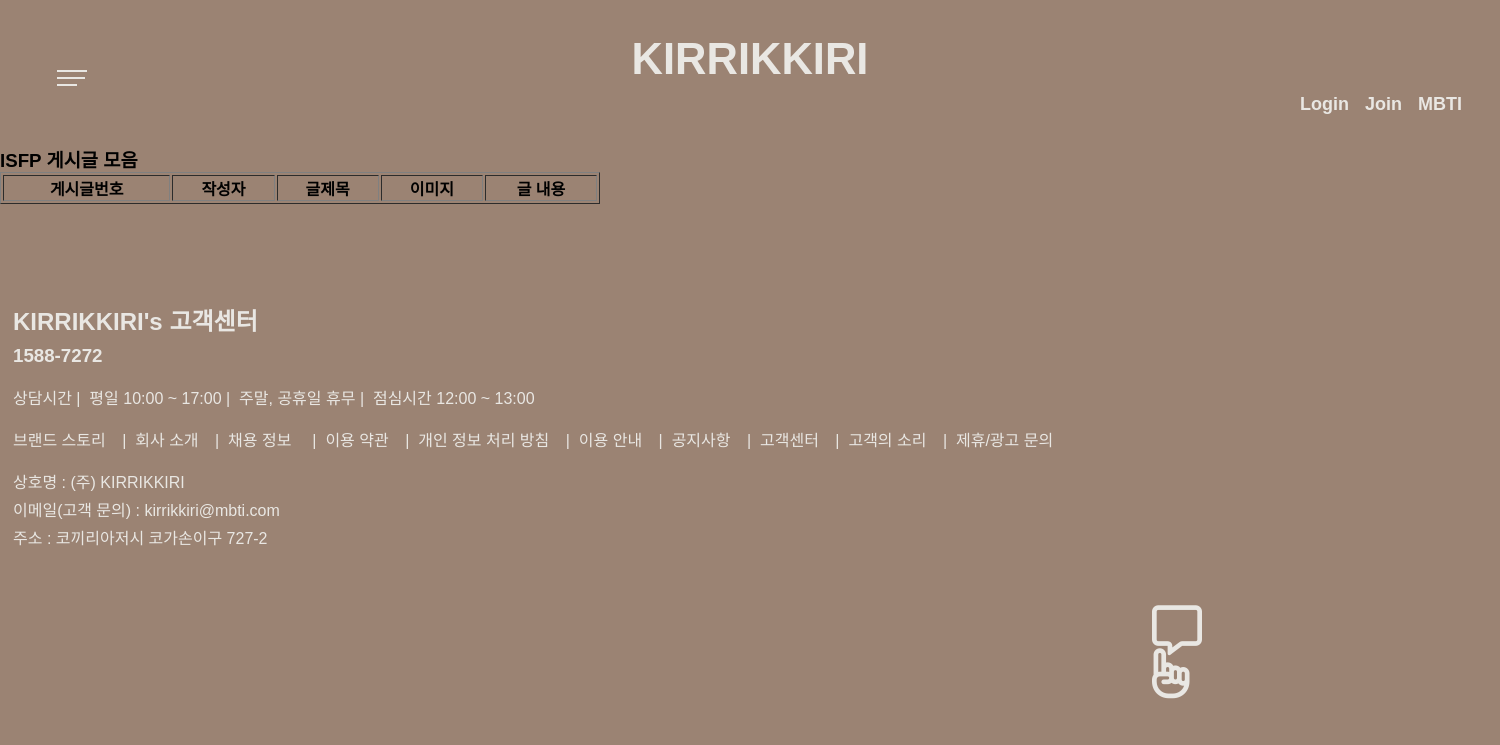
Repository: roditee/backend_mini_project
Page: http://localhost/spring_boot_backend_mini_project/WEB-INF/views/postListView.jsp
An editor plug-in stored every save of this project. The page is shown before and after the next save, followed by the edit.
The browser window is 1280 px wide. The page is 1500 px wide, so the pictures cover 1500 px, including what lies to the right of the window. The pictures show the whole page.
Some web libraries are served in a nearby version. The page is served by Tomcat 9. Nobody is signed in. Other server files are loaded and not shown. The template is opened directly, without the code that normally fills it, so the values that code supplies are empty.

Above is the page before, as saved 2022-01-19 01:15:06.

### spring_boot_backend_mini_project/src/main/webapp/WEB-INF/views/postListView.jsp
<%@ page language="java" contentType="text/html; charset=UTF-8"
    pageEncoding="UTF-8"%>
    <%@ taglib prefix="c" uri="http://java.sun.com/jsp/jstl/core" %>
<!DOCTYPE html>
<html>
	<head>
		<meta charset="UTF-8">
		<title>카테고리별 상품 조회</title>
	</head>
	<body>
		<div id="wrap">

			<!-- TOP  -->
		   <jsp:include page="/WEB-INF/views/layout/top.jsp" flush='true' />

		   <section>
		   		<h3>ISFP 게시글 모음</h3>
		   		<table border="1" width="600">
						<tr><th>게시글번호</th><th>작성자</th><th>글제목</th><th>이미지</th><th>글 내용</th></tr>

					   <c:forEach items="${postList }" var="post">
					   	<tr><td><a href="<c:url value='/product/postListView/${post.postNo}'/>">${post.postNo }</a></td>
					   			<td>${post.memId }</td>
					   			<td>${post.postTitle }</td>
					   			<td><img src="<c:url value='/images/${post.postImg}'/>" width="30" height="20"></td>
					   			<td>${post.postContent }</td>
					   	</tr>
					   </c:forEach>
					</table>
		   </section>

		   	<!-- BOTTOM  -->
		   <jsp:include page="/WEB-INF/views/layout/bottom.jsp" flush='true' />
		</div>
	</body>
</html>

### spring_boot_backend_mini_project/src/main/webapp/WEB-INF/views/layout/top.jsp
<%@ page language="java" contentType="text/html; charset=UTF-8"
    pageEncoding="UTF-8"%>
<%@ taglib prefix="c" uri="http://java.sun.com/jsp/jstl/core"%>
<!DOCTYPE html>
<html>
	<head>
	    <meta charset="UTF-8">
	    <meta http-equiv="X-UA-Compatible" content="IE=edge">
	    <meta name="viewport" content="width=device-width, initial-scale=1.0">
	    <title>KIRRIKKIRI : MBTI 기반 정보 공유</title>
	    <link href="<c:url value='/css/common.css'/>" rel="stylesheet" type="text/css">
	    <link href="<c:url value='/css/menu.css'/>" rel="stylesheet" type="text/css">
	    <link href="<c:url value='/css/mainBanner.css'/>" rel="stylesheet" type="text/css">
	    <link href="<c:url value='/css/section.css'/>" rel="stylesheet" type="text/css">
	    <link href="<c:url value='/css/productDetailView.css'/>" rel="stylesheet" type="text/css">
			<script src="<c:url value='/js/jquery-3.6.0.min.js'/>"></script>
			<script src="<c:url value='/js/main.js'/>"></script>
			<script src="<c:url value='/js/menu.js'/>"></script>
			<script src="<c:url value='/js/chatbot.js'/>"></script>
			<script src="<c:url value='/js/mainBanner.js'/>"></script>
			<script src="<c:url value='/js/zoomImage.js'/>"></script>
	    <script src="<c:url value='/js/mainImg.js'/>"></script>
	    <script src="<c:url value='/js/modal.js'/>"></script>
	    <script src="<c:url value='/js/moveScreen.js'/>"></script>
	    <script src="<c:url value='/js/selectBox.js'/>"></script>
	    <script src="<c:url value='/js/cart.js'/>"></script>
	    <script src="https://kit.fontawesome.com/2d323a629b.js" crossorigin="anonymous"></script>
    </head>
	<body>
		<header>
			<div id="header">
				<div id="mainLogo"><a href="<c:url value='/'/>"><h2>KIRRIKKIRI</h2></a></div>
            	<div id="userManageBtn">
            		<!-- 메뉴 : 로그인 하지 않은 경우  -->
								<c:if test="${empty sessionScope.sid }">
									<a href="<c:url value='/mbtiInfo'/>">MBTI</a>
                  <a href="<c:url value='/join'/>">Join</a>
                  <a href="<c:url value='/login'/>">Login</a>
								</c:if>

								<!-- 메뉴 : 로그인 한 경우  -->
								<c:if test="${not empty sessionScope.sid}">
									<a href="<c:url value='/logout'/>">로그아웃</a>
									<a href="<c:url value='/cart'/>">장바구니</a>
									<a href="<c:url value='/mbtiInfo'/>">MBTI</a>
									<a href="<c:url value='/myFeed'/>">${sessionScope.sid}'s Feed</a>
								</c:if>

                </div>
            </div>
		</header>

        <nav>
            <div class="menu-btn">
                <div class="line line--1"></div>
                <div class="line line--2"></div>
                <div class="line line--3"></div>
            </div>

            <div class="nav-links">
                <ul id="menuGroup">
                    <li class="menu link"><a href="#">NOTICE</a>
                        <ul class="hide">
                            <li class="subMenu"><a href="<c:url value='/'/>">HOME</a></li>
                            <li class="subMenu"><a href="<c:url value='/'/>">공지사항</a></li>
                            <li class="subMenu"><a href="<c:url value='/'/>">EVENT</a></li>
                            <li class="subMenu"><a href="<c:url value='/'/>">FAQ</a></li>
                        </ul>
                    </li>
                    <li class="menu link"><a href="#">MBTI</a>
                        <ul class="hide">
                            <li class="subMenu"><a href="#hotItemsSection">인기 게시글</a></li>
                            <li class="subMenu"><a href="#KIRRIRecommendSection">KIRRI 추천 게시글</a></li>
                            <li class="subMenu"><a href="<c:url value='/mbtiInfo'/>">MBTI 유형별 특징</a></li>
                        </ul>
                    </li>
                    <li class="menu link"><a href="#">KIRRI'S</a>
                        <ul class="hide">
                        		<li class="subMenu"><a href="<c:url value='/'/>">KIRRI's 굿즈</a></li>
                            <li class="subMenu"><a href="<c:url value='/'/>">BrandStory</a></li>
                            <li class="subMenu"><a href="<c:url value='/'/>">주요 사업</a></li>
                            <li class="subMenu"><a href="<c:url value='/'/>">오시는 길</a></li>
                        </ul>
                    </li>
                    <li class="menu link"><a href="#">mbti메뉴</a>
                        <ul class="hide">
                            <li class="subMenu"><a href="<c:url value='/'/>">INTJ</a></li>
                            <li class="subMenu"><a href="<c:url value='/'/>">INTP</a></li>
                            <li class="subMenu"><a href="<c:url value='/'/>">ENTJ</a></li>
                            <li class="subMenu"><a href="<c:url value='/'/>">ENTP</a></li>
                            <li class="subMenu"><a href="<c:url value='/'/>">INFJ</a></li>
                            <li class="subMenu"><a href="<c:url value='/'/>">INFP</a></li>
                            <li class="subMenu"><a href="<c:url value='/'/>">ENFJ</a></li>
                            <li class="subMenu"><a href="<c:url value='/'/>">ENFP</a></li>
                            <li class="subMenu"><a href="<c:url value='/'/>">ISTJ</a></li>
                            <li class="subMenu"><a href="<c:url value='/'/>">ISFJ</a></li>
                            <li class="subMenu"><a href="<c:url value='/'/>">ESTJ</a></li>
                            <li class="subMenu"><a href="<c:url value='/'/>">ESFJ</a></li>
                            <li class="subMenu"><a href="<c:url value='/'/>">ISTP</a></li>
                            <li class="subMenu"><a href="<c:url value='/'/>">ISFP</a></li>
                            <li class="subMenu"><a href="<c:url value='/'/>">ESTP</a></li>
                            <li class="subMenu"><a href="<c:url value='/'/>">ESFP</a></li>
                        </ul>
                    </li>
                </ul>
            </div>
        </nav>
	</body>
</html>

### spring_boot_backend_mini_project/src/main/webapp/WEB-INF/views/layout/bottom.jsp
<%@ page language="java" contentType="text/html; charset=UTF-8"
    pageEncoding="UTF-8"%>
<%@ taglib prefix="c" uri="http://java.sun.com/jsp/jstl/core" %>
<!DOCTYPE html>
<html>
	<head>
		<meta charset="UTF-8">
		<title>KIRRIKKIRI : MBTI 기반 정보 공유</title>
	</head>
	<body>
		<footer>
            <div id="footer">
                <div id="footerInfo">
                    <div id="info1">
                        <h2>KIRRIKKIRI's 고객센터</h2>
                        <h3>1588-7272</h3>
                    </div>
                    <div id="info2">
                        상담시간&nbsp;|&nbsp;
                        평일 10:00 ~ 17:00&nbsp;|&nbsp;
                        주말, 공휴일 휴무&nbsp;|&nbsp;
                        점심시간 12:00 ~ 13:00
                    </div>
                    <div id="info3">
                        <a href="<c:url value='/'/>">브랜드 스토리</a>&nbsp;|&nbsp;
                        <a href="<c:url value='/'/>">회사 소개</a>&nbsp;|&nbsp;
                        <a href="<c:url value='/'/>">채용 정보 </a>&nbsp;|&nbsp;
                        <a href="<c:url value='/'/>">이용 약관</a>&nbsp;|&nbsp;
                        <a href="<c:url value='/'/>">개인 정보 처리 방침</a>&nbsp;|&nbsp;
                        <a href="<c:url value='/'/>">이용 안내</a>&nbsp;|&nbsp;
                        <a href="<c:url value='/'/>">공지사항</a>&nbsp;|&nbsp;
                        <a href="<c:url value='/'/>">고객센터</a>&nbsp;|&nbsp;
                        <a href="<c:url value='/'/>">고객의 소리</a>&nbsp;|&nbsp;
                        <a href="<c:url value='/'/>">제휴/광고 문의</a>
                    </div>
                    <div id="info4">
                        상호명 : (주) KIRRIKKIRI<br/>
                        이메일(고객 문의) : kirrikkiri@mbti.com<br/>
                        주소 : 코끼리아저시 코가손이구 727-2
                    </div>
                </div>
                <div id="toTop">
                    <i id="toTopBtn" class="far fa-hand-point-up"></i>
                </div>
                <div id="chat">
                    <i id="chatbot" class="far fa-comment-alt"></i>
                </div>
            </div>
        </footer>
	</body>
</html>

### spring_boot_backend_mini_project/src/main/resources/static/css/common.css
* {
  margin: 0;
  padding: 0;
  box-sizing: border-box;
}

html {
  scroll-behavior: smooth;
}

html,
body {
  height: 100%;
}

body {
  background: #9b8373;
}
#wrap {
  width: 1500px;
  margin: 0 auto;
}

/************* Header ************/
#header {
  position: relative;
  width: 100%;
  height: 120px;
  background: #9b8373;
  text-align: center;
}

/* main logo */
#mainLogo {
  padding: 10px;
  margin-top: 25px;
}

#mainLogo a {
  text-decoration: none;
  color: #e9e7e3;
  margin-top: 17px;
  font-size: 29px;
}

#mainLogo h2 {
  display: inline;
}

/* btn */
#userManageBtn {
  margin-right: 30px;
}

#userManageBtn > a {
  float: right;
  color: #e9e7e3;
  text-decoration: none;
  font-size: 18px;
  font-weight: bold;
  padding: 0 8px;
}

#userManageBtn > a:hover {
  color: black;
}

/************* SearchBar ************/
#SearchBarBox {
  padding: 50px 0;
}

#SearchBar {
  display: flex;
  justify-content: space-evenly;
  align-items: center;
  width: 40%;
  height: 65px;
  font-size: 20px;
  background-color: #e0d0c0;
  border-radius: 50px;
  padding: 0 20px;
  margin: 0 auto;
}

#SearchBar > div:nth-child(2) {
  width: 80%;
}

#SearchBar:hover {
  background-color: rgb(209, 192, 175);
}

#searchBarInput {
  width: 100%;
  height: 40px;
  background: transparent;
  border: none;
  padding-left: 25px;
  font-size: 20px;
}

#searchBarInput:focus {
  outline: none;
}

#searchBtn {
	visibility: hidden;
}

#SearchBar i:hover {
  opacity: 0.5;
}

/* hotItems */

.mbtiItemsImg {
  box-shadow: 10px 10px 10px -5px rgba(25, 42, 70, 0.2);
  border-radius: 8px;
  margin: 0 10px;
  transition: 0.4s;
  flex-shrink: 0;
}

.mbtiItemsImg:hover {
  box-shadow: 10px 10px 10px 0px rgba(25, 42, 70, 0.2);
  transform: translate(0, -5px);
}

#hotItemsSection {
  margin-top: 145px;
}

.class-list {
  display: flex;
  list-style: none;
  padding: 1rem 0;
  margin: 0;
  overflow: none;
}

a {
  text-decoration-line: none;
}

.class-card {
  height: 300px;
  width: 200px;
  margin: 0 20px;
  transition: 0.4s;
  border-radius: 20px;
  box-shadow: 10px 10px 10px -5px rgba(25, 42, 70, 0.2);
  background-color: #947070;
  transition: 0.4s;
  flex-shrink: 0;
}

.class-card2 {
  height: 450px;
  width: 400px;
  margin: 0 20px;
  transition: 0.4s;
  border-radius: 20px;
  box-shadow: 10px 10px 10px -5px rgba(25, 42, 70, 0.2);
  background-color: #947070;
  transition: 0.4s;
  flex-shrink: 0;
}

.class-card:hover {
  box-shadow: 10px 10px 10px 0px rgba(25, 42, 70, 0.2);
  transform: translate(0, -5px);
}

.class-card2:hover {
  box-shadow: 10px 10px 10px 0px rgba(25, 42, 70, 0.2);
  transform: translate(0, -5px);
}

.class-image {
  max-width: 200px;
  border-radius: 8px 8px 0 0;
}

.class-image2 {
  max-width: 400px;
  max-height: 300px;
  border-radius: 8px 8px 0 0;
}

.class-container {
  width: 100%;
  padding: 0.5rem 1rem 1rem 1rem;
}

.class-skill {
  display: flex;
  justify-content: space-between;
  align-items: center;
}

.class-type {
  font-size: 0.9rem;
  color: #e9e7e3;
}

.class-format {
  font-size: 0.9rem;
  color: #fff;
  background-color: #bd8f3c;
  padding: 0.2rem;
}

.class-desc {
  width: 100%;
  margin-top: 1rem;
  color: #e9e7e3;
}

.class-desc:hover {
  color: #f8b132;
}

.class-title {
  font-weight: bold;
  color: inherit;
  width: 100%;
  white-space: nowrap;
  overflow: hidden;
  text-overflow: ellipsis;
  margin-bottom: 0.5rem;
}

.class-detail {
  font-size: 0.9rem;
  color: inherit;
  line-height: 1.5rem;
}

/************* Footer ************/
#footer {
  margin-top: 150px;
  width: 100%;
  height: 400px;
  padding: 80px 13px 35px 13px;
  background: #9b8373;
}

/* info */
#info1 h3 {
  margin-top: 8px;
}

#footerInfo > div {
  margin-top: 18px;
  color:#e9e7e3;
}

#footer a {
  text-decoration: none;
  color: #e9e7e3;
  margin: 0 12px 0 0;
}

#info4 {
  line-height: 28px;
}

/* toTopBtn */
#toTopBtn {
  position: fixed;
  top: 90%;
  left: 90%;
  font-size: 50px;
  color:#e9e7e3;
}

#toTopBtn:hover {
  opacity: 0.7;
  cursor: pointer;
}

/* chatbot */
#chatbot {
  position: fixed;
  top: 84%;
  left: 90%;
  font-size: 50px;
  color:#e9e7e3;
}

#chatbot:hover {
  opacity: 0.7;
  cursor: pointer;
}

### spring_boot_backend_mini_project/src/main/resources/static/css/menu.css
/************* Menu ************/
nav {
  /* overflow: hidden; */
  position: relative;
  transform: translateX(-170px);
  width: 270px;
  transition: all 800ms cubic-bezier(0.8, 0, 0.33, 1);
  border-radius: 0% 0% 100% 50%;
}

nav.nav-open {
  transform: translateX(0px);
  border-radius: 0% 0% 0% 0%;
  background: rgba(255, 255, 255, 0.6);
  z-index: 10000;
}

nav .menu-btn {
  position: fixed;
  top: -80px;
  left: 84%;
  padding: 0;
  width: 30px;
  cursor: pointer;
  z-index: 2;
}

nav .menu-btn .line {
  padding: 0;
  width: 30px;
  background:#e9e7e3;
  height: 2px;
  margin: 5px 0;
  transition: all 700ms cubic-bezier(0.9, 0, 0.33, 1);
}

nav .menu-btn .line.line--1 {
  width: 30px;
  transform: rotate(0) translateY(0);
}

nav .menu-btn .line.line--1.line-cross {
  width: 30px;
  transform: rotate(45deg) translateY(10px);
  background: #e9e7e3;
}

nav .menu-btn .line.line--2 {
  width: 28px;
  transform: translateX(0);
}

nav .menu-btn .line.line--2.line-fade-out {
  width: 28px;
  transform: translate(30px);
  opacity: 0;
}

nav .menu-btn .line.line--3 {
  width: 20px;
  transform: rotate(0) translateY(0);
}

nav .menu-btn .line.line--3.line-cross {
  width: 30px;
  transform: rotate(-45deg) translateY(-10px);
  background: #e9e7e3;
}

nav .nav-links {
  position: absolute;
  left: 0;
  top: 0;
  width: 100%;
  height: 100%;
  display: flex;
  flex-direction: column;
  justify-content: center;
  transform: translateX(-100px);
  opacity: 0;
  transition: all 900ms cubic-bezier(0.9, 0, 0.33, 1);
}

nav .nav-links.fade-in {
  opacity: 1;
  transform: translateX(0px);
}

nav .nav-links .link {
  margin: 20px 0 30px 0;
  text-decoration: none;
  font-family: sans-serif;
  color: #e9e7e3;
  font-weight: 700;
  text-transform: uppercase;
  font-size: 10px;
  transition: all 300ms cubic-bezier(0.9, 0, 0.33, 1);
}

nav .nav-links .link:hover {
  color: #e9e7e3;
}

.link a {
  margin: 0 20px;
  color: rgb(70, 53, 40);
  font-size: 18px;
  transition: all 400ms ease;
  font-size: 18px;
}

a:hover {
  color: #8b6452;
}

#subMenuList {
  list-style: none;
}

#menuGroup {
  list-style: none;
  position: absolute;
  top: -100px;
  background: #e0d0c0;
  z-index: 100;
  border-top-right-radius: 78px;
  border-bottom-right-radius: 78px;
  width: 205px;
}

.menu .hide {
  display: none;
}

.hide {
  list-style: none;
  padding-left: 10px;
  padding-top: 4px;
}

.subMenu {
  margin-bottom: 3px;
}

.subMenu > a {
  text-decoration: none;
}

### spring_boot_backend_mini_project/src/main/resources/static/css/mainBanner.css
/* mainBanner.css */

#mainBanner {
  position: relative;
  width: 100%;
  height: 570px;
  background: #f4f2f1;
  z-index: -100;
}

/* 폰트 적용 */
@import url(//fonts.googleapis.com/earlyaccess/notosanskr.css);

html {
  font-family: "Noto Sans KR", sans-serif;
}

/* 노말라이즈 */
body,
ul,
li,
h1,
h2,
h3,
h4,
h5 {
  margin: 0;
  padding: 0;
  list-style: none;
}

a {
  color: inherit;
  text-decoration: none;
}

/* 커스텀 */

/* 슬라이더 1 시작 */
.slider-1 {
  height: 400px;
  position: relative;
}

/* 슬라이더 1 - 페이지 버튼 */
.slider-1 > .page-btns {
  text-align: center;
  position: absolute;
  bottom: 20px;
  left: 0;
  width: 100%;
}

.slider-1 > .page-btns > div {
  width: 20px;
  height: 20px;
  background-color: rgba(255, 255, 255, 0.5);
  border-radius: 4px;
  display: inline-block;
  cursor: pointer;
}

.slider-1 > .page-btns > div.active {
  background-color: rgba(255, 255, 255, 1);
}

/* 슬라이더 1 - 슬라이드 */

.slider-1 > .slides > div {
  position: absolute;
  top: 0;
  left: 0;
  right: 0;
  bottom: 0;
  opacity: 0;
  transition: opacity 0.3s;
  background-position: center;
  background-size: cover;
  background-repeat: no-repeat;
}

.slider-1 > .slides > div.active {
  opacity: 1;
}

/* 슬라이더 좌우 버튼 */
.slider-1 > .side-btns > div {
  position: absolute;
  top: 0;
  left: 0;
  width: 25%;
  height: 100%;
  cursor: pointer;
}
.slider-1 > .side-btns > div:last-child {
  left: auto;
  right: 0;
}
.slider-1 > .side-btns > div > span {
  position: absolute;
  top: 50%;
  left: 20px;
  transform: translatey(-50%);
  background-color: white;
  opacity: 0.5;
  padding: 1px 13px;
  border-radius: 50px;
  font-size: 25px;
}
.slider-1 > .side-btns > div:last-child > span {
  left: auto;
  right: 20px;
}

/* 슬라이더 1 끝 */

/************* prev/next Button ************/
#prevNextBtnGroup {
  position: relative;
  z-index: 10;
}

#prevBtn {
  position: absolute;
  top: 240px;
  left: 2%;
  width: 65px;
  opacity: 0.6;
  cursor: pointer;
  color: red;
}

#nextBtn {
  position: absolute;
  top: 240px;
  right: 2%;
  width: 65px;
  opacity: 0.6;
  cursor: pointer;
  color: red;
}

#prevBtn:hover {
  opacity: 0.8;
}
#nextBtn:hover {
  opacity: 0.8;
}

/************* slideBanner ************/
#slideBannerGroup {
  width: 100%;
  height: 530px;
  overflow: hidden;
  text-align: center;
}

#slideBanner {
  position: relative;
  width: 7500px;
  height: 530px;
}

.bannerItems {
  float: left;
  width: 1500px;
  height: 530px;
}

/************* 배너 하단 control Button ************/
#bannerControlGroup {
  margin: 0 auto;
  width: 160px;
  text-align: center;
}

.bannerControl {
  margin: 15px 5px 0 5px;
  width: 12px;
  height: 12px;
}

### spring_boot_backend_mini_project/src/main/resources/static/css/section.css
/************* Section ************/

/************* MBTI Category ************/
#mbtiCtgGroup {
  width: 100%;
  height: 300px;
  margin-top: 40px;
  background: #9b8373;
  height: 205px;
  padding: 23px 0;
}

.mbtiCtg {
  display: flex;
  list-style: none;
  justify-content: space-evenly;
  margin: 17px 70px 0px 70px;
}

.mbtiItemsImg > img {
  width: 63px;
  height: 63px;
  border-radius: 16px;
}

.mbtiItemsImg > img:hover {
  opacity: 0.6;
}

.mbtiCtgItems a {
  color: #e9e7e3;
  text-decoration: none;
  font-weight: bold;
}

.mbtiItemsText {
  text-align: center;
}

/************* 인기 게시글 ************/
#hotItemsSection {
  width: 100%;
  background: #9b8373;
  padding: 35px 0;
}

#hotItemsSection > h2 {
  padding: 0px 13px 13px 38px;
  color: #e9e7e3;
}

.hotItemGroup {
  display: flex;
  justify-content: space-evenly;
}

.hotItems {
  width: 200px;
  height: 250px;
  border-radius: 20px;
  background: white;
  margin: 10px 0;
}

.hotItems:hover {
  opacity: 0.8;
}

/************* 추천게시글 ************/
#KIRRIRecommendSection, #KIRRIGoodsSection {
  width: 100%;
  height: 450px;
  background: #9b8373;
  padding: 35px 0;
  margin-bottom: 90px;
  padding-top: 75px;
}

#KIRRIRecommendSection h2, #KIRRIGoodsSection h2 {
  padding: 0px 13px 13px 38px;
  color:#e9e7e3;
}
.KIRRIRecommendGroup, .KIRRIGoodsGroup {
  display: flex;
  justify-content: space-evenly;
}

.KIRRIRecommendItems {
  width: 400px;
  height: 350px;
  border-radius: 20px;
  background: white;
  margin: 10px 0;
}

.KIRRIRecommendItems:hover {
  opacity: 0.8;
}

Loaded but not shown: spring_boot_backend_mini_project/src/main/resources/static/js/jquery-3.6.0.min.js (library); spring_boot_backend_mini_project/src/main/resources/static/js/cart.js (common file); spring_boot_backend_mini_project/src/main/resources/static/js/mainImg.js (65 lines, source omitted); spring_boot_backend_mini_project/src/main/resources/static/js/zoomImage.js (106 lines, source omitted); spring_boot_backend_mini_project/src/main/resources/static/js/mainBanner.js (70 lines, source omitted); spring_boot_backend_mini_project/src/main/resources/static/js/menu.js (28 lines, source omitted); spring_boot_backend_mini_project/src/main/resources/static/js/chatbot.js (33 lines, source omitted); spring_boot_backend_mini_project/src/main/resources/static/js/modal.js (17 lines, source omitted); spring_boot_backend_mini_project/src/main/resources/static/js/moveScreen.js (17 lines, source omitted); spring_boot_backend_mini_project/src/main/resources/static/js/selectBox.js (13 lines, source omitted); spring_boot_backend_mini_project/src/main/resources/static/js/main.js (8 lines, source omitted); spring_boot_backend_mini_project/src/main/resources/static/css/productDetailView.css (528 lines, source omitted)

After the next save:
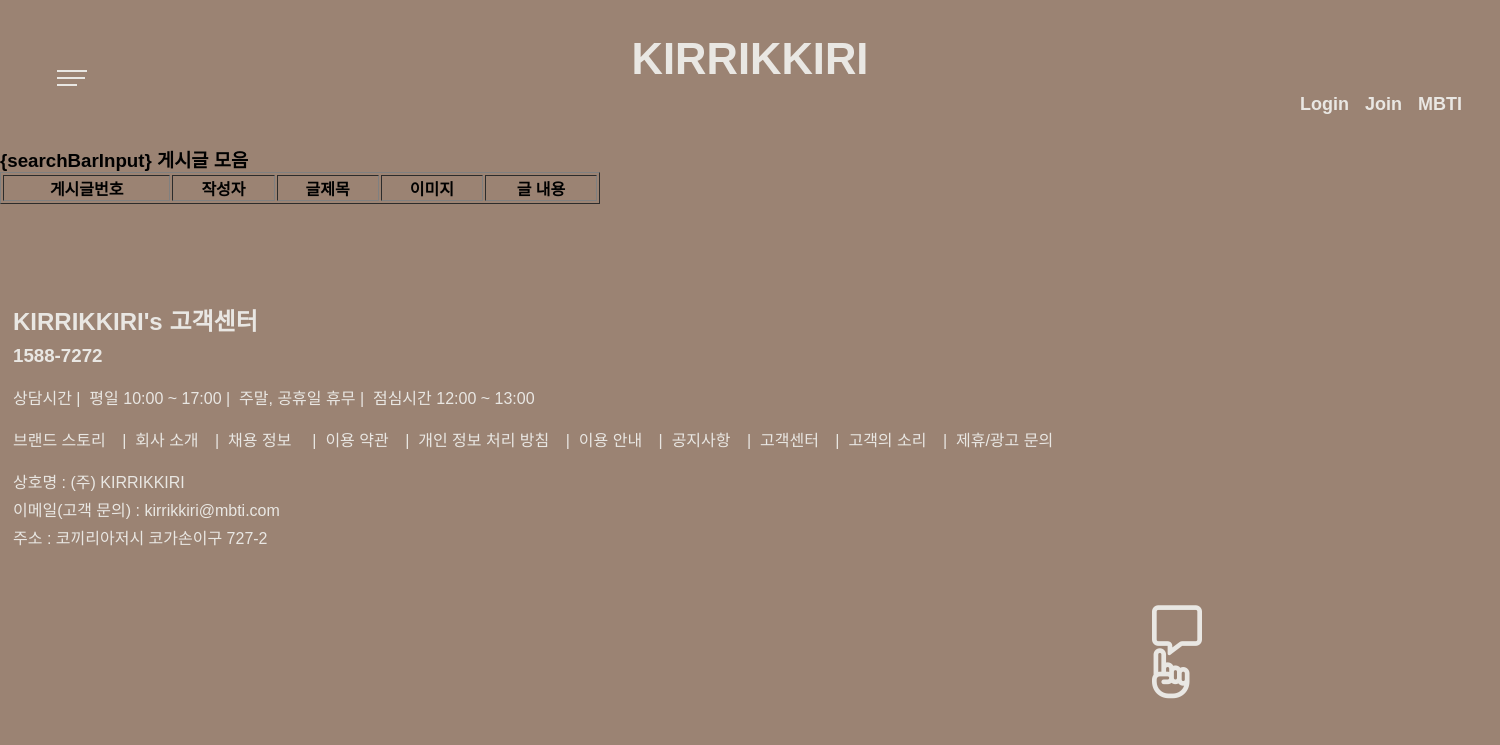
Saved 7 min 36 s later.
--- a/spring_boot_backend_mini_project/src/main/webapp/WEB-INF/views/postListView.jsp
+++ b/spring_boot_backend_mini_project/src/main/webapp/WEB-INF/views/postListView.jsp
@@ -14,7 +14,7 @@
 		   <jsp:include page="/WEB-INF/views/layout/top.jsp" flush='true' />
 
 		   <section>
-		   		<h3>ISFP 게시글 모음</h3>
+		   		<h3>{searchBarInput} 게시글 모음</h3>
 		   		<table border="1" width="600">
 						<tr><th>게시글번호</th><th>작성자</th><th>글제목</th><th>이미지</th><th>글 내용</th></tr>
 
